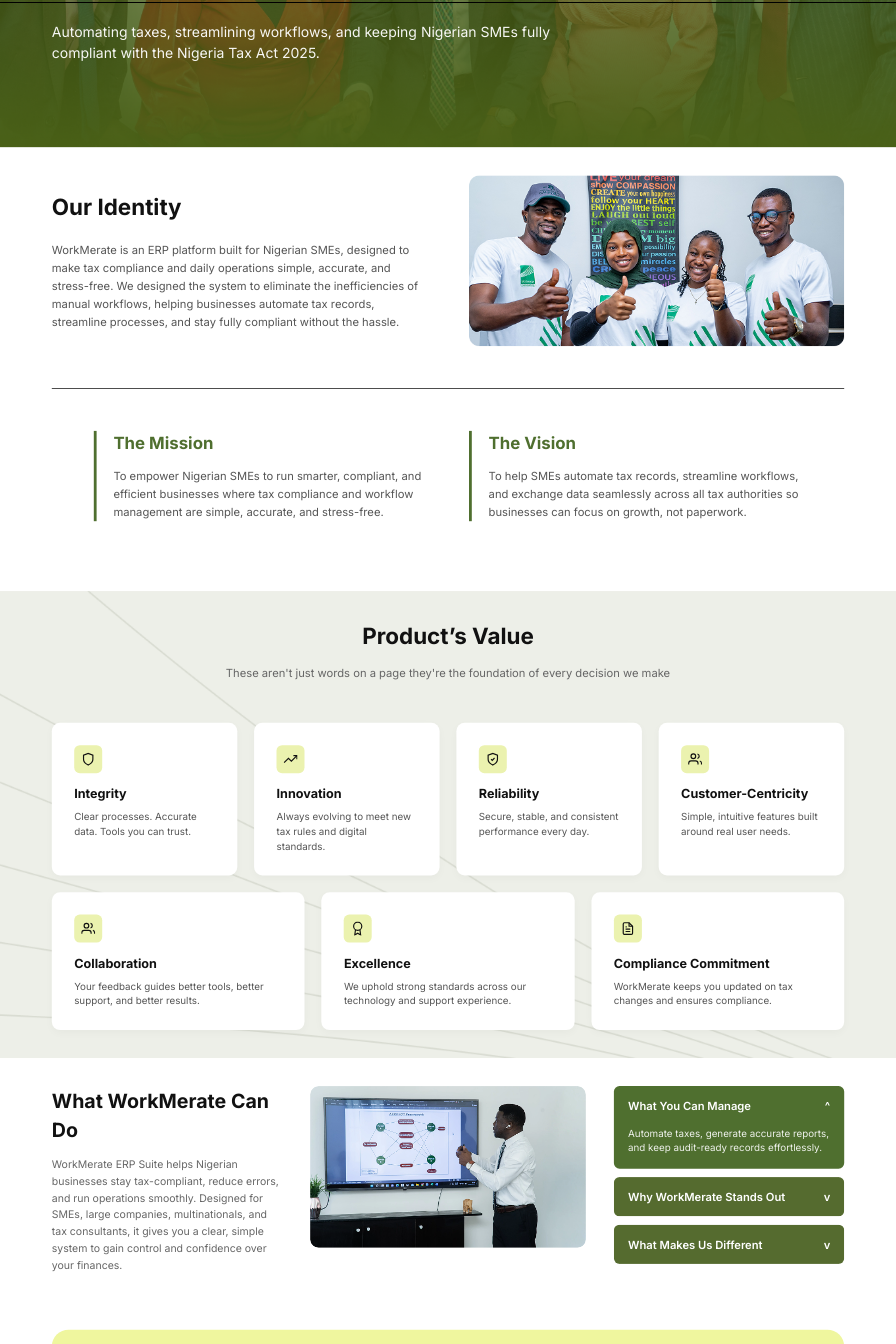
Repository: AYANO-EMMANUEL/workmerate
Page: about.html
An editor plug-in stored every save of this project. The page is shown before and after a run of saves, followed by the edit.
The browser window is 1280 px wide. The pictures show the part of the page from y = 362 to 2282 px (the page is 3174 px tall before and 3382 px after), at 70% of full size.

Above is the page before, as saved 2026-02-02 14:53:12.

### about.html
<!DOCTYPE html>
<html lang="en">
<head>
    <meta charset="UTF-8">
    <meta name="viewport" content="width=device-width, initial-scale=1.0">
    <title>About Us - WorkMerate</title>
    <link rel="stylesheet" href="about.css">
    <link rel="preconnect" href="https://fonts.googleapis.com">
    <link rel="preconnect" href="https://fonts.gstatic.com" crossorigin>
    <link href="https://fonts.googleapis.com/css2?family=Inter:wght@400;500;600;700;800&display=swap" rel="stylesheet">
</head>
<body>

    <nav class="navbar">
        <div class="container nav-wrapper">
            <a href="#" class="logo">W<span class="bag-icon"></span>rkMerate</a>
            <ul class="nav-menu">
                <li><a href="#" class="nav-link">Agentic AI</a></li>
                <li><a href="#" class="nav-link">Services <svg class="chevron" viewBox="0 0 24 24" fill="none" stroke="currentColor" stroke-width="2"><polyline points="6 9 12 15 18 9"></polyline></svg></a></li>
                <li><a href="#" class="nav-link">Modules <svg class="chevron" viewBox="0 0 24 24" fill="none" stroke="currentColor" stroke-width="2"><polyline points="6 9 12 15 18 9"></polyline></svg></a></li>
                <li><a href="#" class="nav-link">Pricing</a></li>
                <li><a href="#" class="nav-link">Resources <svg class="chevron" viewBox="0 0 24 24" fill="none" stroke="currentColor" stroke-width="2"><polyline points="6 9 12 15 18 9"></polyline></svg></a></li>
                <li><a href="#" class="nav-link active">About us</a></li>
            </ul>
            <div class="nav-actions">
                <a href="#" class="login-link">Login</a>
                <a href="#" class="btn-nav">Try it Free</a>
            </div>
            <div class="hamburger" id="hamburger"><span></span><span></span><span></span></div>
        </div>
        <div class="mobile-menu" id="mobileMenu">
             <a href="#">Services</a><a href="#">Modules</a><a href="#">About us</a>
        </div>
    </nav>

    <section class="about-hero">
        <div class="container">
            <div class="about-hero-content">
                <h1>About WorkMerate</h1>
                <p>Automating taxes, streamlining workflows, and keeping Nigerian SMEs fully compliant with the Nigeria Tax Act 2025.</p>
            </div>
        </div>
    </section>

    <section class="section-padding bg-white">
        <div class="container">

            <div class="identity-row">
                <div class="identity-text">
                    <h2>Our Identity</h2>
                    <p>WorkMerate is an ERP platform built for Nigerian SMEs, designed to make tax compliance and daily operations simple, accurate, and stress-free. We designed the system to eliminate the inefficiencies of manual workflows, helping businesses automate tax records, streamline processes, and stay fully compliant without the hassle.</p>
                </div>
                <div class="identity-image">
                    <img src="./assets/about-us-one.png" alt="WorkMerate Team">
                </div>
            </div>

            <div class="mv-grid">
                <div class="mv-card">
                    <h3>The Mission</h3>
                    <p>To empower Nigerian SMEs to run smarter, compliant, and efficient businesses where tax compliance and workflow management are simple, accurate, and stress-free.</p>
                </div>
                <div class="mv-card">
                    <h3>The Vision</h3>
                    <p>To help SMEs automate tax records, streamline workflows, and exchange data seamlessly across all tax authorities so businesses can focus on growth, not paperwork.</p>
                </div>
            </div>

        </div>
    </section>

    <section class="section-padding product-value bg-cream">
        <div class="container">
            <div class="section-header">
                <h2>Product’s Value</h2>
                <p>These aren't just words on a page they're the foundation of every decision we make</p>
            </div>

            <div class="values-flex-grid">
                <div class="value-card">
                    <div class="icon-box-yellow"><svg viewBox="0 0 24 24" fill="none" stroke="currentColor" stroke-width="2"><path d="M12 22s8-4 8-10V5l-8-3-8 3v7c0 6 8 10 8 10z"></path></svg></div>
                    <h3>Integrity</h3>
                    <p>Clear processes. Accurate data. Tools you can trust.</p>
                </div>
                <div class="value-card">
                    <div class="icon-box-yellow"><svg viewBox="0 0 24 24" fill="none" stroke="currentColor" stroke-width="2"><polyline points="23 6 13.5 15.5 8.5 10.5 1 18"></polyline><polyline points="17 6 23 6 23 12"></polyline></svg></div>
                    <h3>Innovation</h3>
                    <p>Always evolving to meet new tax rules and digital standards.</p>
                </div>
                <div class="value-card">
                    <div class="icon-box-yellow"><svg viewBox="0 0 24 24" fill="none" stroke="currentColor" stroke-width="2"><path d="M12 22s8-4 8-10V5l-8-3-8 3v7c0 6 8 10 8 10z"></path><path d="M9 12l2 2 4-4"></path></svg></div>
                    <h3>Reliability</h3>
                    <p>Secure, stable, and consistent performance every day.</p>
                </div>
                <div class="value-card">
                    <div class="icon-box-yellow"><svg viewBox="0 0 24 24" fill="none" stroke="currentColor" stroke-width="2"><path d="M17 21v-2a4 4 0 0 0-4-4H5a4 4 0 0 0-4 4v2"></path><circle cx="9" cy="7" r="4"></circle><path d="M23 21v-2a4 4 0 0 0-3-3.87"></path><path d="M16 3.13a4 4 0 0 1 0 7.75"></path></svg></div>
                    <h3>Customer-Centricity</h3>
                    <p>Simple, intuitive features built around real user needs.</p>
                </div>
                <div class="value-card">
                    <div class="icon-box-yellow"><svg viewBox="0 0 24 24" fill="none" stroke="currentColor" stroke-width="2"><path d="M17 21v-2a4 4 0 0 0-4-4H5a4 4 0 0 0-4 4v2"></path><circle cx="9" cy="7" r="4"></circle><path d="M23 21v-2a4 4 0 0 0-3-3.87"></path><path d="M16 3.13a4 4 0 0 1 0 7.75"></path></svg></div>
                    <h3>Collaboration</h3>
                    <p>Your feedback guides better tools, better support, and better results.</p>
                </div>
                <div class="value-card">
                    <div class="icon-box-yellow"><svg viewBox="0 0 24 24" fill="none" stroke="currentColor" stroke-width="2"><circle cx="12" cy="8" r="7"></circle><polyline points="8.21 13.89 7 23 12 20 17 23 15.79 13.88"></polyline></svg></div>
                    <h3>Excellence</h3>
                    <p>We uphold strong standards across our technology and support experience.</p>
                </div>
                <div class="value-card">
                    <div class="icon-box-yellow"><svg viewBox="0 0 24 24" fill="none" stroke="currentColor" stroke-width="2"><path d="M14 2H6a2 2 0 0 0-2 2v16a2 2 0 0 0 2 2h12a2 2 0 0 0 2-2V8z"></path><polyline points="14 2 14 8 20 8"></polyline><line x1="16" y1="13" x2="8" y2="13"></line><line x1="16" y1="17" x2="8" y2="17"></line><polyline points="10 9 9 9 8 9"></polyline></svg></div>
                    <h3>Compliance Commitment</h3>
                    <p>WorkMerate keeps you updated on tax changes and ensures compliance.</p>
                </div>
            </div>
        </div>
    </section>

    <section class="section-padding bg-white">
        <div class="container">
            <div class="features-layout">
                <div class="feat-text">
                    <h2>What WorkMerate Can Do</h2>
                    <p>WorkMerate ERP Suite helps Nigerian businesses stay tax-compliant, reduce errors, and run operations smoothly. Designed for SMEs, large companies, multinationals, and tax consultants, it gives you a clear, simple system to gain control and confidence over your finances.</p>
                </div>
                <div class="feat-image">
                    <img src="./assets/about-us-two.png" alt="Presentation">
                </div>
                <div class="feat-accordion">
                    <div class="acc-item expanded">
                        <div class="acc-header">
                            <span>What You Can Manage</span>
                            <span class="acc-icon">^</span>
                        </div>
                        <div class="acc-body">
                            Automate taxes, generate accurate reports, and keep audit-ready records effortlessly.
                        </div>
                    </div>
                    <div class="acc-item">
                        <div class="acc-header">
                            <span>Why WorkMerate Stands Out</span>
                            <span class="acc-icon">v</span>
                        </div>
                    </div>
                    <div class="acc-item">
                        <div class="acc-header">
                            <span>What Makes Us Different</span>
                            <span class="acc-icon">v</span>
                        </div>
                    </div>
                </div>
            </div>

            <div class="big-cta-box">
                <div class="cta-left">
                    <h2>Step Toward Smarter Business Management with WorkMerate</h2>
                    <p>Transform your business now to streamline your workflow and avoid penalties. WorkMerate enables Nigerian businesses to effortlessly meet modern demands.</p>
                    <div class="cta-btns">
                        <a href="#" class="btn-dark">Request a Demo</a>
                        <a href="#" class="btn-outline-dark">Speak With Our Team</a>
                    </div>
                </div>
                <div class="cta-right">
                    <svg viewBox="0 0 24 24" fill="currentColor" class="big-arrow"><path d="M12 2L15.09 8.26L22 9.27L17 14.14L18.18 21.02L12 17.77L5.82 21.02L7 14.14L2 9.27L8.91 8.26L12 2Z"></path></svg>
                    <div class="arrow-graphic"></div>
                </div>
            </div>

        </div>
    </section>

    <footer class="footer-section">
        <div class="container">
            <div class="footer-top">
                <div class="footer-brand">
                    <a href="#" class="logo">W<span class="bag-icon"></span>rkMerate</a>
                    <p class="tagline">Smart. Secure. Simplified.</p>
                    <div class="contact-details">
                        <p><strong>USA Customer Support:</strong><br>(+1) 256 441 3090</p>
                        <p><strong>NGA Customer Support:</strong><br>(+234) 907 713 7167</p>
                        <p><strong>Email:</strong><br>support@workmerate.ng.com</p>
                    </div>
                    <div class="social-icons">
                         <span>f</span><span>x</span><span>in</span><span>ig</span><span>tk</span>
                    </div>
                </div>
                <div class="footer-links-grid">
                    <div><h4>Services</h4><ul><li><a href="#">Tax Automation</a></li><li><a href="#">ERP Integration</a></li></ul></div>
                    <div><h4>Modules</h4><ul><li><a href="#">Human Resources</a></li><li><a href="#">Financial Management</a></li></ul></div>
                    <div><h4>Resources</h4><ul><li><a href="#">Compliance Loss</a></li><li><a href="#">State IRS</a></li></ul></div>
                    <div><h4>Other Links</h4><ul><li><a href="#">About Us</a></li><li><a href="#">Pricing</a></li></ul></div>
                </div>
            </div>
            <hr>
            <div class="footer-newsletter">
                <div class="nl-text"><h3>Subscribe to our newsletter</h3><p>Stay informed with the latest news.</p></div>
                <div class="nl-form"><input type="email" placeholder="Enter your email"><button class="btn-dark">Subscribe</button></div>
            </div>
            <hr>
            <div class="footer-bottom">
                <p>&copy; 2025 WorkMerate - All rights reserved</p>
                <div class="badges"><span style="color:#4F6F2F; font-weight:bold;">NiTDA</span></div>
            </div>
        </div>
    </footer>

    <script>
        document.getElementById('hamburger').addEventListener('click', function() {
            document.getElementById('mobileMenu').classList.toggle('open');
        });
    </script>
</body>
</html>

### about.css
/* --- Reset & Variables --- */
:root {
  --font-family: "Inter", sans-serif;
  --color-text-main: #111;
  --color-text-light: #555;
  --color-dark-green: #4f6f2f;
  --color-darker-green: #384e20;
  --color-cream-bg: #f0f2eb;
  --color-yellow-bg: #eff69e;
  --color-yellow-icon: #ebf2af;
}

* {
  margin: 0;
  padding: 0;
  box-sizing: border-box;
}
body {
  font-family: var(--font-family);
  color: var(--color-text-main);
  background: #fff;
  line-height: 1.5;
  overflow-x: hidden;
}
a {
  text-decoration: none;
  color: inherit;
}
ul {
  list-style: none;
}
img {
  max-width: 100%;
  display: block;
}

/* Utilities */
.container {
  max-width: 1240px;
  margin: 0 50px;
  padding: 0 24px;
}

.section-padding {
  padding: 40px 0;
}
.product-value {
  background: url("./assets/pricing-bg-2.png") no-repeat center center/cover;
}
.bg-cream {
  background-color: var(--color-cream-bg);
}
.bg-white {
  background-color: #fff;
}

/* --- Navigation --- */
.navbar {
  height: 72px;
  display: flex;
  align-items: center;
  border-bottom: 1px solid #eee;
  background: #fff;
  position: relative;
  z-index: 100;
}
.nav-wrapper {
  width: 100%;
  display: flex;
  justify-content: space-between;
  align-items: center;
}
.logo {
  font-size: 24px;
  font-weight: 800;
  display: flex;
  align-items: center;
}
.bag-icon {
  width: 16px;
  height: 12px;
  background: #000;
  border-radius: 2px;
  display: inline-block;
  position: relative;
  margin: 0 1px;
}
.bag-icon::after {
  content: "";
  position: absolute;
  top: 4px;
  left: 6px;
  width: 4px;
  height: 4px;
  background: var(--color-dark-green);
  border-radius: 50%;
}
.nav-menu {
  display: flex;
  gap: 32px;
}
.nav-link {
  font-size: 14px;
  font-weight: 500;
  display: flex;
  align-items: center;
  gap: 4px;
}
.nav-link.active {
  font-weight: 700;
  color: #000;
}
.nav-actions {
  display: flex;
  gap: 20px;
  align-items: center;
}
.login-link {
  font-weight: 600;
  font-size: 14px;
}
.btn-nav {
  background: var(--color-dark-green);
  color: #fff;
  padding: 10px 20px;
  border-radius: 4px;
  font-weight: 600;
  font-size: 14px;
}
.hamburger {
  display: none;
  flex-direction: column;
  gap: 5px;
  cursor: pointer;
}
.hamburger span {
  width: 24px;
  height: 3px;
  background: #000;
}
.mobile-menu {
  display: none;
  position: absolute;
  top: 72px;
  left: 0;
  width: 100%;
  background: #fff;
  padding: 20px;
  border-bottom: 1px solid #eee;
}
.mobile-menu.open {
  display: flex;
  flex-direction: column;
  gap: 10px;
}

/* --- 1. About Hero --- */
.about-hero {
  /* Using a gradient overlay on a placeholder image background */
  background: url("./assets/about-us-hero.png") no-repeat center center/cover;
  background-size: cover;
  background-position: center;
  color: #fff;
  padding: 120px 0;
  text-align: left;
  display: flex;
  align-items: end;
  justify-content: start;
  min-height: 500px;
}
.about-hero-content {
  max-width: 800px;
}
.about-hero h1 {
  font-size: 48px;
  font-weight: 800;
  margin-bottom: 24px;
}
.about-hero p {
  font-size: 20px;
  line-height: 1.5;
  opacity: 0.95;
}

/* --- 2. Identity --- */
.identity-row {
  display: grid;
  grid-template-columns: 1fr 1fr;
  gap: 60px;
  align-items: center;
  margin-bottom: 60px;
}
.identity-text h2 {
  font-size: 32px;
  font-weight: 700;
  margin-bottom: 24px;
}
.identity-text p {
  color: #555;
  font-size: 16px;
  line-height: 1.6;
}
.identity-image img {
  width: 100%;
  border-radius: 12px;
}

.mv-grid {
  display: grid;
  grid-template-columns: 1fr 1fr;
  gap: 60px;
  border-top: 0.4px solid #000;
  padding: 60px;
}
.mv-card {
  border-left: 4px solid var(--color-dark-green);
  padding-left: 24px;
}
.mv-card h3 {
  color: var(--color-dark-green);
  font-size: 24px;
  font-weight: 700;
  margin-bottom: 16px;
}
.mv-card p {
  color: #555;
  line-height: 1.6;
}

/* --- 3. Product's Value --- */
.section-header {
  text-align: center;
  max-width: 700px;
  margin: 0 auto 60px;
}
.section-header h2 {
  font-size: 32px;
  font-weight: 700;
  margin-bottom: 16px;
}
.section-header p {
  color: #666;
}

.values-flex-grid {
  display: flex;
  flex-wrap: wrap;
  gap: 24px;
  justify-content: center;
}
.value-card {
  background: #fff;
  border-radius: 12px;
  padding: 32px;
  width: calc(25% - 18px); /* 4 per row approximately */
  min-width: 250px;
  box-shadow: 0 4px 12px rgba(0, 0, 0, 0.03);
  flex-grow: 1;
}
.icon-box-yellow {
  width: 40px;
  height: 40px;
  background: var(--color-yellow-icon);
  border-radius: 8px;
  display: flex;
  align-items: center;
  justify-content: center;
  color: #111;
  margin-bottom: 16px;
}
.icon-box-yellow svg {
  width: 20px;
  height: 20px;
}
.value-card h3 {
  font-size: 18px;
  font-weight: 700;
  margin-bottom: 8px;
}
.value-card p {
  font-size: 14px;
  color: #555;
}

/* --- 4. What WorkMerate Can Do --- */
.features-layout {
  display: grid;
  grid-template-columns: 1fr 1.2fr 1fr;
  gap: 40px;
  margin-bottom: 80px;
  align-items: start;
}
.feat-text h2 {
  font-size: 28px;
  font-weight: 700;
  margin-bottom: 16px;
}
.feat-text p {
  color: #666;
  font-size: 15px;
  line-height: 1.6;
}
.feat-image img {
  width: 100%;
  border-radius: 12px;
}

.feat-accordion {
  display: flex;
  flex-direction: column;
  gap: 12px;
}
.acc-item {
  border-radius: 8px;
  overflow: hidden;
  background: var(--color-dark-green);
  color: #fff;
}
.acc-header {
  padding: 16px 20px;
  font-weight: 600;
  display: flex;
  justify-content: space-between;
  align-items: center;
  cursor: pointer;
}
.acc-body {
  padding: 0 20px 20px;
  font-size: 14px;
  opacity: 0.9;
  line-height: 1.5;
}
.acc-item:not(.expanded) .acc-body {
  display: none;
}
.acc-item:not(.expanded) .acc-header {
  background: #556b2f;
} /* Slightly darker/lighter for inactive */

/* Big CTA Box */
.big-cta-box {
  background: var(--color-yellow-bg);
  border-radius: 24px;
  padding: 60px;
  display: flex;
  gap: 40px;
  align-items: center;
  justify-content: space-between;
  position: relative;
  overflow: hidden;
}
.cta-left {
  max-width: 600px;
  position: relative;
  z-index: 2;
}
.cta-left h2 {
  font-size: 32px;
  font-weight: 800;
  margin-bottom: 16px;
  line-height: 1.2;
}
.cta-left p {
  margin-bottom: 32px;
  font-size: 16px;
  color: #333;
}
.cta-btns {
  display: flex;
  gap: 16px;
}
.btn-dark {
  background: var(--color-dark-green);
  color: #fff;
  padding: 14px 28px;
  border-radius: 6px;
  font-weight: 600;
  font-size: 15px;
  border: none;
  cursor: pointer;
}
.btn-outline-dark {
  border: 1px solid #333;
  color: #333;
  padding: 14px 28px;
  border-radius: 6px;
  font-weight: 600;
  font-size: 15px;
}

/* Abstract Arrow Graphic */
.cta-right {
  width: 200px;
  height: 200px;
  display: flex;
  align-items: center;
  justify-content: center;
}
.arrow-graphic {
  /* Simulating the arrow abstractly */
  width: 0;
  height: 0;
  border-top: 50px solid transparent;
  border-bottom: 50px solid transparent;
  border-left: 80px solid var(--color-dark-green);
  transform: rotate(-45deg);
}
.big-arrow {
  width: 150px;
  height: 150px;
  color: var(--color-dark-green);
}

/* --- Footer --- */
.footer-section {
  background: var(--color-cream-bg);
  padding: 80px 0 30px;
  font-size: 14px;
  color: #333;
}
.footer-top {
  display: flex;
  justify-content: space-between;
  flex-wrap: wrap;
  gap: 40px;
  margin-bottom: 40px;
}
.footer-links-grid {
  display: flex;
  gap: 60px;
}
.footer-links-grid h4 {
  font-weight: 700;
  margin-bottom: 12px;
}
.footer-links-grid a {
  color: #555;
  display: block;
  margin-bottom: 8px;
}
.footer-newsletter {
  display: flex;
  justify-content: space-between;
  align-items: center;
  padding: 30px 0;
  border-top: 1px solid #ccc;
  border-bottom: 1px solid #ccc;
  margin-bottom: 20px;
}
.nl-form input {
  padding: 10px;
  border: 1px solid #ccc;
  border-radius: 4px;
  width: 250px;
  margin-right: 10px;
}
.footer-bottom {
  display: flex;
  justify-content: space-between;
  align-items: center;
  font-size: 12px;
  color: #777;
}

/* Responsive */
@media (max-width: 992px) {
  .nav-menu,
  .nav-actions {
    display: none;
  }
  .hamburger {
    display: flex;
  }
  .identity-row {
    grid-template-columns: 1fr;
    gap: 30px;
  }
  .mv-grid {
    grid-template-columns: 1fr;
    gap: 40px;
  }
  .features-layout {
    grid-template-columns: 1fr;
  }
  .big-cta-box {
    flex-direction: column;
    padding: 40px;
  }
  .cta-right {
    display: none;
  }
  .value-card {
    width: calc(50% - 12px);
  }
}
@media (max-width: 600px) {
  .about-hero h1 {
    font-size: 36px;
  }
  .value-card {
    width: 100%;
  }
  .cta-btns {
    flex-direction: column;
  }
  .footer-newsletter {
    flex-direction: column;
    align-items: flex-start;
    gap: 15px;
  }
  .nl-form {
    width: 100%;
  }
  .nl-form input {
    width: 100%;
    margin-bottom: 10px;
  }
  .footer-links-grid {
    flex-wrap: wrap;
    gap: 30px;
  }
}

After the next 2 saves:
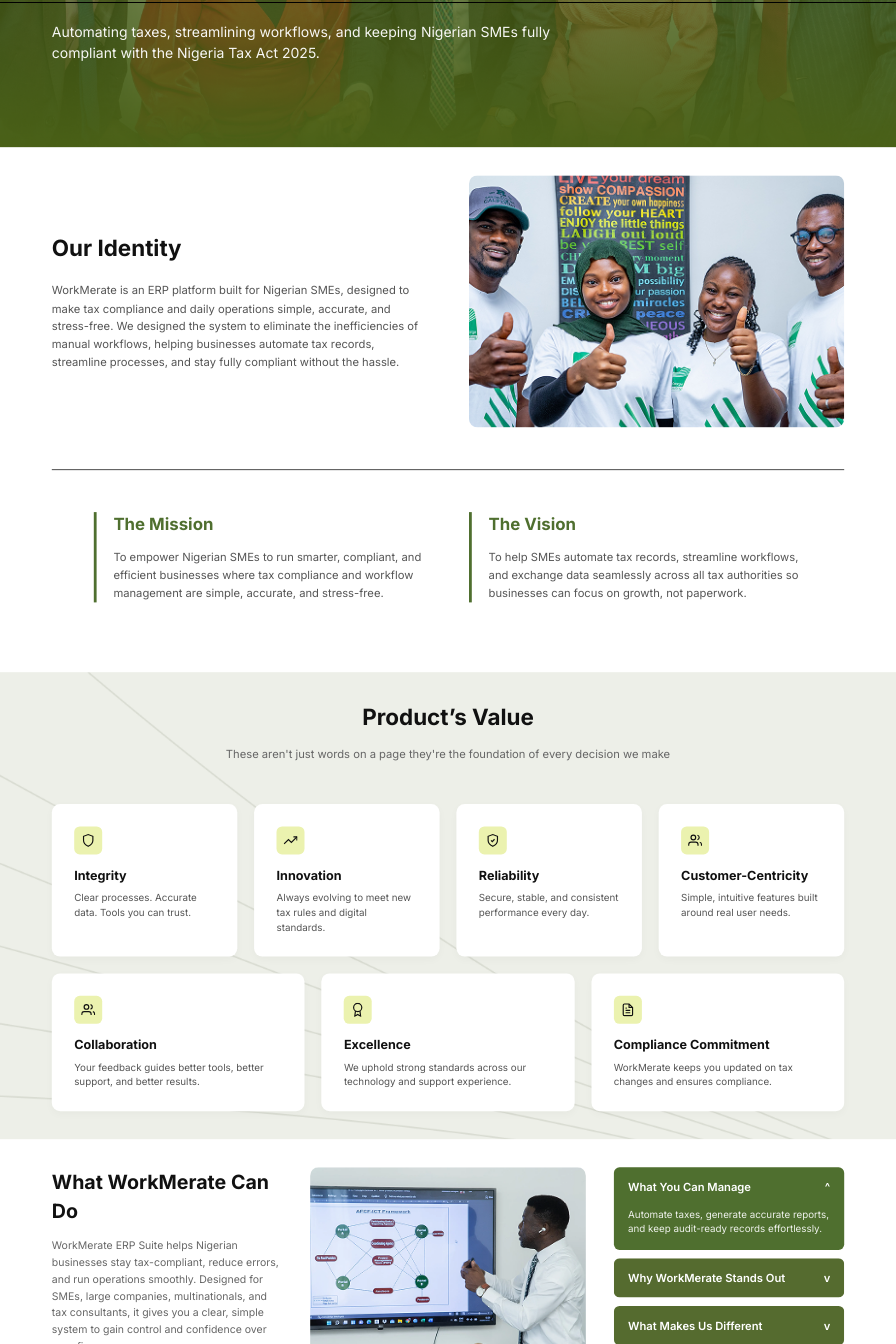
The 2 saves are shown as one change because they came seconds apart.
The last was saved 2 min 23 s later.
--- a/about.css
+++ b/about.css
@@ -202,6 +202,8 @@
 }
 .identity-image img {
   width: 100%;
+  height: 360px;
+  object-fit: cover;
   border-radius: 12px;
 }
 
@@ -302,6 +304,8 @@
 }
 .feat-image img {
   width: 100%;
+  height: 360px;
+  object-fit: cover;
   border-radius: 12px;
 }
 
